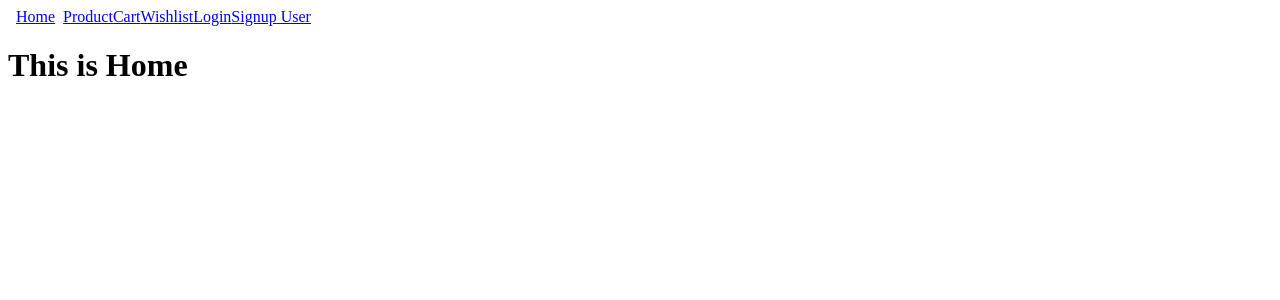
Repository: Irfan-vit/shoecase
Page: /
These files come from the project's save history. The page is drawn as it stood at one moment and after a run of saves; the edit follows.
The browser window is 1280 px wide. The pictures show the whole page.
The page's requests for data from a server got no answer. The project was rebuilt for these pictures with package versions that can differ from the ones it lists, and the page was loaded fresh each time. No one was signed in, and anything a server would have sent is missing. Also part of the build but not shown: src/pages/Product/ProductPage.jsx, src/pages/cart/CartPage.jsx, src/pages/wishlist/WishlistPage.jsx, src/pages/Login/LoginPage.jsx, src/pages/Signup/SignupPage.jsx, src/pages/user/User.jsx, src/components/RequiresAuth.jsx.

Above is the page before, as saved 2023-05-19 19:45:15.

### src/index.js
import React from 'react'
import { createRoot } from 'react-dom/client'
import { BrowserRouter } from 'react-router-dom'
import { makeServer } from './server'
import App from './App'

import { AuthProvider } from './context/AuthContext'

// Call make Server
makeServer()

createRoot(document.getElementById('root')).render(
  <BrowserRouter>
    <AuthProvider>
      <App />
    </AuthProvider>
  </BrowserRouter>,
)

### src/server.js
import { Server, Model, RestSerializer } from 'miragejs'
import {
  loginHandler,
  signupHandler,
} from './backend/controllers/AuthController'
import {
  addItemToCartHandler,
  getCartItemsHandler,
  removeItemFromCartHandler,
  updateCartItemHandler,
} from './backend/controllers/CartController'
import {
  getAllCategoriesHandler,
  getCategoryHandler,
} from './backend/controllers/CategoryController'
import {
  getAllProductsHandler,
  getProductHandler,
} from './backend/controllers/ProductController'
import {
  addItemToWishlistHandler,
  getWishlistItemsHandler,
  removeItemFromWishlistHandler,
} from './backend/controllers/WishlistController'
import { categories } from './backend/db/categories'
import { products } from './backend/db/products'
import { users } from './backend/db/users'

export function makeServer({ environment = 'development' } = {}) {
  return new Server({
    serializers: {
      application: RestSerializer,
    },
    environment,
    models: {
      product: Model,
      category: Model,
      user: Model,
      cart: Model,
      wishlist: Model,
    },

    // Runs on the start of the server
    seeds(server) {
      // disballing console logs from Mirage
      server.logging = false
      products.forEach((item) => {
        server.create('product', { ...item })
      })

      users.forEach((item) =>
        server.create('user', { ...item, cart: [], wishlist: [] }),
      )

      categories.forEach((item) => server.create('category', { ...item }))
    },

    routes() {
      this.namespace = 'api'
      // auth routes (public)
      this.post('/auth/signup', signupHandler.bind(this))
      this.post('/auth/login', loginHandler.bind(this))

      // products routes (public)
      this.get('/products', getAllProductsHandler.bind(this))
      this.get('/products/:productId', getProductHandler.bind(this))

      // categories routes (public)
      this.get('/categories', getAllCategoriesHandler.bind(this))
      this.get('/categories/:categoryId', getCategoryHandler.bind(this))

      // cart routes (private)
      this.get('/user/cart', getCartItemsHandler.bind(this))
      this.post('/user/cart', addItemToCartHandler.bind(this))
      this.post('/user/cart/:productId', updateCartItemHandler.bind(this))
      this.delete('/user/cart/:productId', removeItemFromCartHandler.bind(this))

      // wishlist routes (private)
      this.get('/user/wishlist', getWishlistItemsHandler.bind(this))
      this.post('/user/wishlist', addItemToWishlistHandler.bind(this))
      this.delete(
        '/user/wishlist/:productId',
        removeItemFromWishlistHandler.bind(this),
      )
    },
  })
}

### src/App.jsx
import { useEffect } from 'react'
import { Routes, Route, Link } from 'react-router-dom'
import axios from 'axios'

import Home from './pages/Home/HomePage'
import Product from './pages/Product/ProductPage'
import Cart from './pages/Cart/CartPage'
import Wishlist from './pages/Wishlist/WishlistPage'
import Login from './pages/Login/LoginPage'
import Signup from './pages/Signup/SignupPage'
import User from './pages/user/User'

import RequiresAuth from './components/RequiresAuth'

function App() {
  async function getCat() {
    const res = await axios.get('/api/products')
    const dat = res.data.products
    console.log(dat)
  }
  useEffect(() => {
    getCat()
  }, [])

  return (
    <div className="App">
      <nav>
        <Link style={{ padding: '0.5rem' }} to="/">
          Home
        </Link>
        <Link to="/product">Product</Link>
        <Link to="/cart">Cart</Link>
        <Link to="/wishlist">Wishlist</Link>
        <Link to="/login">Login</Link>
        <Link to="/signup">Signup</Link>
        <Link to="/user"> User </Link>
      </nav>
      <Routes>
        <Route path="/" element={<Home />} />
        <Route path="/product" element={<Product />} />
        <Route path="/wishlist" element={<Wishlist />} />
        <Route path="/login" element={<Login />} />
        <Route path="/signup" element={<Signup />} />
        <Route path="/user" element={<User />} />
        <Route
          path="/cart"
          element={
            <RequiresAuth>
              <Cart />
            </RequiresAuth>
          }
        />
      </Routes>
    </div>
  )
}

export default App

### src/context/AuthContext.jsx
import { createContext, useContext, useEffect, useState } from 'react'
import { useNavigate, useLocation } from 'react-router-dom'
import axios from 'axios'

const AuthContext = createContext()

const AuthProvider = ({ children }) => {
  const navigate = useNavigate()
  const location = useLocation()
  const [token, setToken] = useState(localStorage.getItem('token'))

  async function getUser({ email, password }, e) {
    try {
      e.preventDefault()
      const res = await axios.post(
        `/api/auth/login`,
        JSON.stringify({
          email,
          password,
        }),
      )
      console.log(res.data)
      localStorage.setItem('token', await JSON.stringify(res.data))
      setToken(localStorage.getItem('token'))
      console.log(token)
      navigate(location.state.from.pathname, { replace: true })
    } catch {
      console.error('invalid Credentials')
    }
  }

  async function setUser({ email, password, address }, e) {
    try {
      e.preventDefault()
      const res = await axios.post(`/api/auth/signup`, {
        email,
        password,
      })
      localStorage.setItem('token', await JSON.stringify(res.data))
      setToken(localStorage.getItem('token'))
      console.log(JSON.parse(token))
      navigate('/')
    } catch {
      console.error('invalid signup')
    }
  }
  return (
    <AuthContext.Provider value={{ getUser, setUser, token }}>
      {children}
    </AuthContext.Provider>
  )
}

const useAuth = () => useContext(AuthContext)

export { AuthProvider, useAuth }

### src/backend/controllers/AuthController.js
import { v4 as uuid } from "uuid";
import { Response } from "miragejs";
import { formatDate } from "../utils/authUtils";
const sign = require("jwt-encode");
/**
 * All the routes related to Auth are present here.
 * These are Publicly accessible routes.
 * */

/**
 * This handler handles user signups.
 * send POST Request at /api/auth/signup
 * body contains {firstName, lastName, email, password}
 * */

export const signupHandler = function (schema, request) {
  const { email, password, ...rest } = JSON.parse(request.requestBody);
  try {
    // check if email already exists
    const foundUser = schema.users.findBy({ email });
    if (foundUser) {
      return new Response(
        422,
        {},
        {
          errors: ["Unprocessable Entity. Email Already Exists."],
        }
      );
    }
    const _id = uuid();
    const newUser = {
      _id,
      email,
      password,
      createdAt: formatDate(),
      updatedAt: formatDate(),
      ...rest,
      cart: [],
      wishlist: [],
    };
    const createdUser = schema.users.create(newUser);
    const encodedToken = sign({ _id, email }, process.env.REACT_APP_JWT_SECRET);
    return new Response(201, {}, { createdUser, encodedToken });
  } catch (error) {
    return new Response(
      500,
      {},
      {
        error,
      }
    );
  }
};

/**
 * This handler handles user login.
 * send POST Request at /api/auth/login
 * body contains {email, password}
 * */

export const loginHandler = function (schema, request) {
  const { email, password } = JSON.parse(request.requestBody);
  try {
    const foundUser = schema.users.findBy({ email });
    if (!foundUser) {
      return new Response(
        404,
        {},
        { errors: ["The email you entered is not Registered. Not Found error"] }
      );
    }
    if (password === foundUser.password) {
      const encodedToken = sign(
        { _id: foundUser._id, email },
        process.env.REACT_APP_JWT_SECRET
      );
      foundUser.password = undefined;
      return new Response(200, {}, { foundUser, encodedToken });
    }
    return new Response(
      401,
      {},
      {
        errors: [
          "The credentials you entered are invalid. Unauthorized access error.",
        ],
      }
    );
  } catch (error) {
    return new Response(
      500,
      {},
      {
        error,
      }
    );
  }
};

### src/backend/controllers/CartController.js
import { Response } from "miragejs";
import { formatDate, requiresAuth } from "../utils/authUtils";

/**
 * All the routes related to Cart are present here.
 * These are private routes.
 * Client needs to add "authorization" header with JWT token in it to access it.
 * */

/**
 * This handler handles getting items to user's cart.
 * send GET Request at /api/user/cart
 * */
export const getCartItemsHandler = function (schema, request) {
  const userId = requiresAuth.call(this, request);
  if (!userId) {
    return new Response(
      404,
      {},
      {
        errors: ["The email you entered is not Registered. Not Found error"],
      }
    );
  }
  const userCart = schema.users.findBy({ _id: userId }).cart;
  return new Response(200, {}, { cart: userCart });
};

/**
 * This handler handles adding items to user's cart.
 * send POST Request at /api/user/cart
 * body contains {product}
 * */

export const addItemToCartHandler = function (schema, request) {
  const userId = requiresAuth.call(this, request);
  try {
    if (!userId) {
      return new Response(
        404,
        {},
        {
          errors: ["The email you entered is not Registered. Not Found error"],
        }
      );
    }
    const userCart = schema.users.findBy({ _id: userId }).cart;
    const { product } = JSON.parse(request.requestBody);
    userCart.push({
      ...product,
      createdAt: formatDate(),
      updatedAt: formatDate(),
      qty: 1,
    });
    this.db.users.update({ _id: userId }, { cart: userCart });
    return new Response(201, {}, { cart: userCart });
  } catch (error) {
    return new Response(
      500,
      {},
      {
        error,
      }
    );
  }
};

/**
 * This handler handles removing items to user's cart.
 * send DELETE Request at /api/user/cart/:productId
 * */

export const removeItemFromCartHandler = function (schema, request) {
  const userId = requiresAuth.call(this, request);
  try {
    if (!userId) {
      return new Response(
        404,
        {},
        {
          errors: ["The email you entered is not Registered. Not Found error"],
        }
      );
    }
    let userCart = schema.users.findBy({ _id: userId }).cart;
    const productId = request.params.productId;
    userCart = userCart.filter((item) => item._id !== productId);
    this.db.users.update({ _id: userId }, { cart: userCart });
    return new Response(200, {}, { cart: userCart });
  } catch (error) {
    return new Response(
      500,
      {},
      {
        error,
      }
    );
  }
};

/**
 * This handler handles adding items to user's cart.
 * send POST Request at /api/user/cart/:productId
 * body contains {action} (whose 'type' can be increment or decrement)
 * */

export const updateCartItemHandler = function (schema, request) {
  const productId = request.params.productId;
  const userId = requiresAuth.call(this, request);
  try {
    if (!userId) {
      return new Response(
        404,
        {},
        {
          errors: ["The email you entered is not Registered. Not Found error"],
        }
      );
    }
    const userCart = schema.users.findBy({ _id: userId }).cart;
    const { action } = JSON.parse(request.requestBody);
    if (action.type === "increment") {
      userCart.forEach((product) => {
        if (product._id === productId) {
          product.qty += 1;
          product.updatedAt = formatDate();
        }
      });
    } else if (action.type === "decrement") {
      userCart.forEach((product) => {
        if (product._id === productId) {
          product.qty -= 1;
          product.updatedAt = formatDate();
        }
      });
    }
    this.db.users.update({ _id: userId }, { cart: userCart });
    return new Response(200, {}, { cart: userCart });
  } catch (error) {
    return new Response(
      500,
      {},
      {
        error,
      }
    );
  }
};

### src/backend/controllers/CategoryController.js
import { Response } from "miragejs";

/**
 * All the routes related to Category are present here.
 * These are Publicly accessible routes.
 * */

/**
 * This handler handles gets all categories in the db.
 * send GET Request at /api/categories
 * */

export const getAllCategoriesHandler = function () {
  try {
    return new Response(200, {}, { categories: this.db.categories });
  } catch (error) {
    return new Response(
      500,
      {},
      {
        error,
      }
    );
  }
};

/**
 * This handler handles gets all categories in the db.
 * send GET Request at /api/user/category/:categoryId
 * */

export const getCategoryHandler = function (schema, request) {
  const categoryId = request.params.categoryId;
  try {
    const category = schema.categories.findBy({ _id: categoryId });
    return new Response(200, {}, { category });
  } catch (error) {
    return new Response(
      500,
      {},
      {
        error,
      }
    );
  }
};

### src/backend/controllers/ProductController.js
import { Response } from "miragejs";

/**
 * All the routes related to Product are present here.
 * These are Publicly accessible routes.
 * */

/**
 * This handler handles gets all products in the db.
 * send GET Request at /api/products
 * */

export const getAllProductsHandler = function () {
  return new Response(200, {}, { products: this.db.products });
};

/**
 * This handler handles gets all products in the db.
 * send GET Request at /api/user/products/:productId
 * */

export const getProductHandler = function (schema, request) {
  const productId = request.params.productId;
  try {
    const product = schema.products.findBy({ _id: productId });
    return new Response(200, {}, { product });
  } catch (error) {
    return new Response(
      500,
      {},
      {
        error,
      }
    );
  }
};

### src/backend/controllers/WishlistController.js
import { Response } from "miragejs";
import { formatDate, requiresAuth } from "../utils/authUtils";

/**
 * All the routes related to Wishlist are present here.
 * These are private routes.
 * Client needs to add "authorization" header with JWT token in it to access it.
 * */

/**
 * This handler handles getting items to user's wishlist.
 * send GET Request at /api/user/wishlist
 * */

export const getWishlistItemsHandler = function (schema, request) {
  const userId = requiresAuth.call(this, request);
  if (!userId) {
    return new Response(
      404,
      {},
      {
        errors: ["The email you entered is not Registered. Not Found error"],
      }
    );
  }
  const userWishlist = schema.users.findBy({ _id: userId }).wishlist;
  return new Response(200, {}, { wishlist: userWishlist });
};

/**
 * This handler handles adding items to user's wishlist.
 * send POST Request at /api/user/wishlist
 * body contains {product}
 * */

export const addItemToWishlistHandler = function (schema, request) {
  const userId = requiresAuth.call(this, request);
  try {
    if (!userId) {
      return new Response(
        404,
        {},
        {
          errors: ["The email you entered is not Registered. Not Found error"],
        }
      );
    }
    const userWishlist = schema.users.findBy({ _id: userId }).wishlist;
    const { product } = JSON.parse(request.requestBody);
    userWishlist.push({
      ...product,
      createdAt: formatDate(),
      updatedAt: formatDate(),
    });
    this.db.users.update({ _id: userId }, { wishlist: userWishlist });
    return new Response(201, {}, { wishlist: userWishlist });
  } catch (error) {
    return new Response(
      500,
      {},
      {
        error,
      }
    );
  }
};

/**
 * This handler handles removing items to user's wishlist.
 * send DELETE Request at /api/user/wishlist
 * body contains {product}
 * */

export const removeItemFromWishlistHandler = function (schema, request) {
  const userId = requiresAuth.call(this, request);
  try {
    if (!userId) {
      return new Response(
        404,
        {},
        {
          errors: ["The email you entered is not Registered. Not Found error"],
        }
      );
    }
    let userWishlist = schema.users.findBy({ _id: userId }).wishlist;
    const productId = request.params.productId;
    userWishlist = userWishlist.filter((item) => item._id !== productId);
    this.db.users.update({ _id: userId }, { wishlist: userWishlist });
    return new Response(200, {}, { wishlist: userWishlist });
  } catch (error) {
    return new Response(
      500,
      {},
      {
        error,
      }
    );
  }
};

### src/backend/db/categories.js
import { v4 as uuid } from 'uuid'
import { casual, fitness, track, sports } from '../../assets/assetsServer'
/**
 * Category Database can be added here.
 * You can add category of your wish with different attributes
 * */

export const categories = [
  {
    _id: uuid(),
    categoryName: 'casual',
    imgSrc: casual,
  },
  {
    _id: uuid(),
    categoryName: 'sports',
    imgSrc: sports,
  },
  {
    _id: uuid(),
    categoryName: 'fitness',
    imgSrc: fitness,
  },
  {
    _id: uuid(),
    categoryName: 'track',
    imgSrc: track,
  },
]

### src/backend/db/products.js
import { v4 as uuid } from 'uuid'
import {
  casualT1,
  casualT2,
  fitnessT1,
  fitnessT2,
  trackT1,
  trackT2,
  sportsT1,
  sportsT2,
} from '../../assets/assetsServer'
/**
 * Product Database can be added here.
 * You can add products of your wish with different attributes
 * */

export const products = [
  {
    _id: uuid(),
    isFeatured: false,
    title: 'Vans Old Skool',
    price: '5499',
    categoryName: 'casual',
    inWishlist: true,
    inCart: true,
    imgSrc: casualT1,
    rating: 4.5,
  },
  {
    _id: uuid(),
    isFeatured: true,
    title: 'Adidas Gazelle',
    price: '7799',
    categoryName: 'casual',
    inWishlist: false,
    inCart: false,
    imgSrc: casualT2,
    rating: 3.0,
  },
  {
    _id: uuid(),
    isFeatured: false,
    title: 'Mizuno sneakers',
    price: '13912',
    categoryName: 'fitness',
    inWishlist: false,
    inCart: false,
    imgSrc: fitnessT1,
    rating: 3.5,
  },
  {
    _id: uuid(),
    isFeatured: true,
    title: 'Reebok Hexaffect',
    price: '7999',
    categoryName: 'fitness',
    inWishlist: false,
    inCart: false,
    imgSrc: fitnessT2,
    rating: 3.0,
  },
  {
    _id: uuid(),
    isFeatured: true,
    title: 'Brroks Hyperion Max',
    price: '5999',
    categoryName: 'track',
    inWishlist: false,
    inCart: false,
    imgSrc: trackT1,
    rating: 3.5,
  },
  {
    _id: uuid(),
    isFeatured: false,
    title: 'Air Zoom Pegasus',
    price: '8996',
    categoryName: 'track',
    inWishlist: false,
    inCart: false,
    imgSrc: trackT2,
    rating: 4.5,
  },
  {
    _id: uuid(),
    isFeatured: true,
    title: 'New Balance Revlitye',
    price: '5890',
    categoryName: 'sports',
    inWishlist: false,
    inCart: false,
    imgSrc: sportsT1,
    rating: 4,
  },
  {
    _id: uuid(),
    isFeatured: false,
    title: 'Hummel Liga GK',
    price: '7199',
    categoryName: 'sports',
    inWishlist: false,
    inCart: false,
    imgSrc: sportsT2,
    rating: 3.5,
  },
]

### src/backend/db/users.js
import { v4 as uuid } from 'uuid'
import { formatDate } from '../utils/authUtils'
/**
 * User Database can be added here.
 * You can add default users of your wish with different attributes
 * Every user will have cart (Quantity of all Products in Cart is set to 1 by default), wishList by default
 * */

export const users = [
  {
    _id: uuid(),
    firstName: 'Adarsh',
    lastName: 'Balika',
    email: 'adarshbalika@gmail.com',
    password: 'adarshbalika',
    address: {
      building: 'at building',
      area: 'at area',
      city: 'at city',
      pincode: 'at code',
    },
    createdAt: formatDate(),
    updatedAt: formatDate(),
  },
  {
    _id: uuid(),
    firstName: 'Adarsh',
    lastName: 'Balika',
    email: 'balika@gmail.com',
    password: 'balika',
    address: {
      building: 'at building',
      area: 'at area',
      city: 'at city',
      pincode: 'at code',
    },
    createdAt: formatDate(),
    updatedAt: formatDate(),
  },
]

### src/pages/home/HomePage.jsx
const Home = () => {
  return (
    <>
      <h1>This is Home</h1>
    </>
  )
}

export default Home

### src/assets/assetsServer.js
import casual from './images/casual.jpg'
import casualT1 from './images/casualT1.jpg'
import casualT2 from './images/casualT2.jpg'
import fitness from './images/fitness.jpg'
import fitnessT1 from './images/fitnessT1.jpg'
import fitnessT2 from './images/fitnessT2.jpg'
import track from './images/track.jpg'
import trackT1 from './images/trackT1.jpg'
import trackT2 from './images/trackT2.jpg'
import sports from './images/sports.jpg'
import sportsT1 from './images/sportsT1.jpg'
import sportsT2 from './images/sportsT2.jpg'
import men from './images/men.jpg'
import mensT1 from './images/mensT1.jpg'
import mensT2 from './images/mensT2.jpg'
import women from './images/women.jpg'
import womensT1 from './images/womensT1.jpg'
import womensT2 from './images/womensT2.jpg'

export {
  casual,
  casualT1,
  casualT2,
  fitness,
  fitnessT1,
  fitnessT2,
  track,
  trackT1,
  trackT2,
  sports,
  sportsT1,
  sportsT2,
  men,
  mensT1,
  mensT2,
  women,
  womensT1,
  womensT2,
}

Loaded but not shown: public/index.html (common file); src/backend/utils/authUtils.js (common file)

After the next 7 saves:
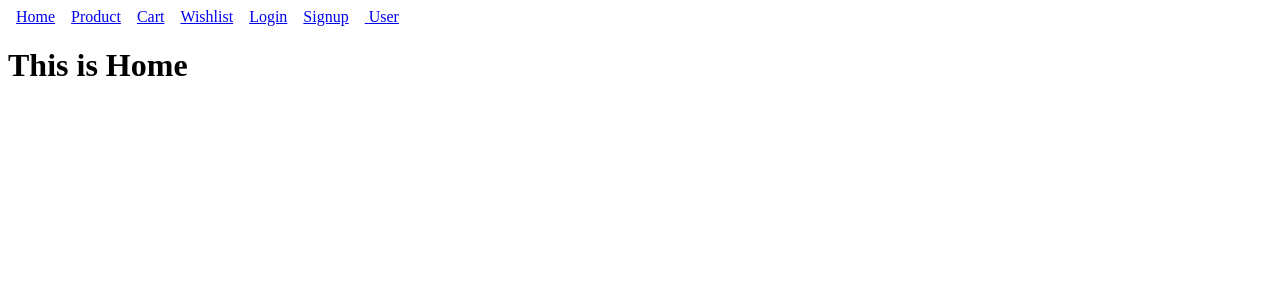
The 7 saves are shown as one change because they came seconds apart.
The last was saved 23 s later.
--- a/src/App.jsx
+++ b/src/App.jsx
@@ -28,12 +28,25 @@ function App() {
         <Link style={{ padding: '0.5rem' }} to="/">
           Home
         </Link>
-        <Link to="/product">Product</Link>
-        <Link to="/cart">Cart</Link>
-        <Link to="/wishlist">Wishlist</Link>
-        <Link to="/login">Login</Link>
-        <Link to="/signup">Signup</Link>
-        <Link to="/user"> User </Link>
+        <Link to="/product" style={{ padding: '0.5rem' }}>
+          Product
+        </Link>
+        <Link to="/cart" style={{ padding: '0.5rem' }}>
+          Cart
+        </Link>
+        <Link to="/wishlist" style={{ padding: '0.5rem' }}>
+          Wishlist
+        </Link>
+        <Link to="/login" style={{ padding: '0.5rem' }}>
+          Login
+        </Link>
+        <Link to="/signup" style={{ padding: '0.5rem' }}>
+          Signup
+        </Link>
+        <Link to="/user" style={{ padding: '0.5rem' }}>
+          {' '}
+          User{' '}
+        </Link>
       </nav>
       <Routes>
         <Route path="/" element={<Home />} />
